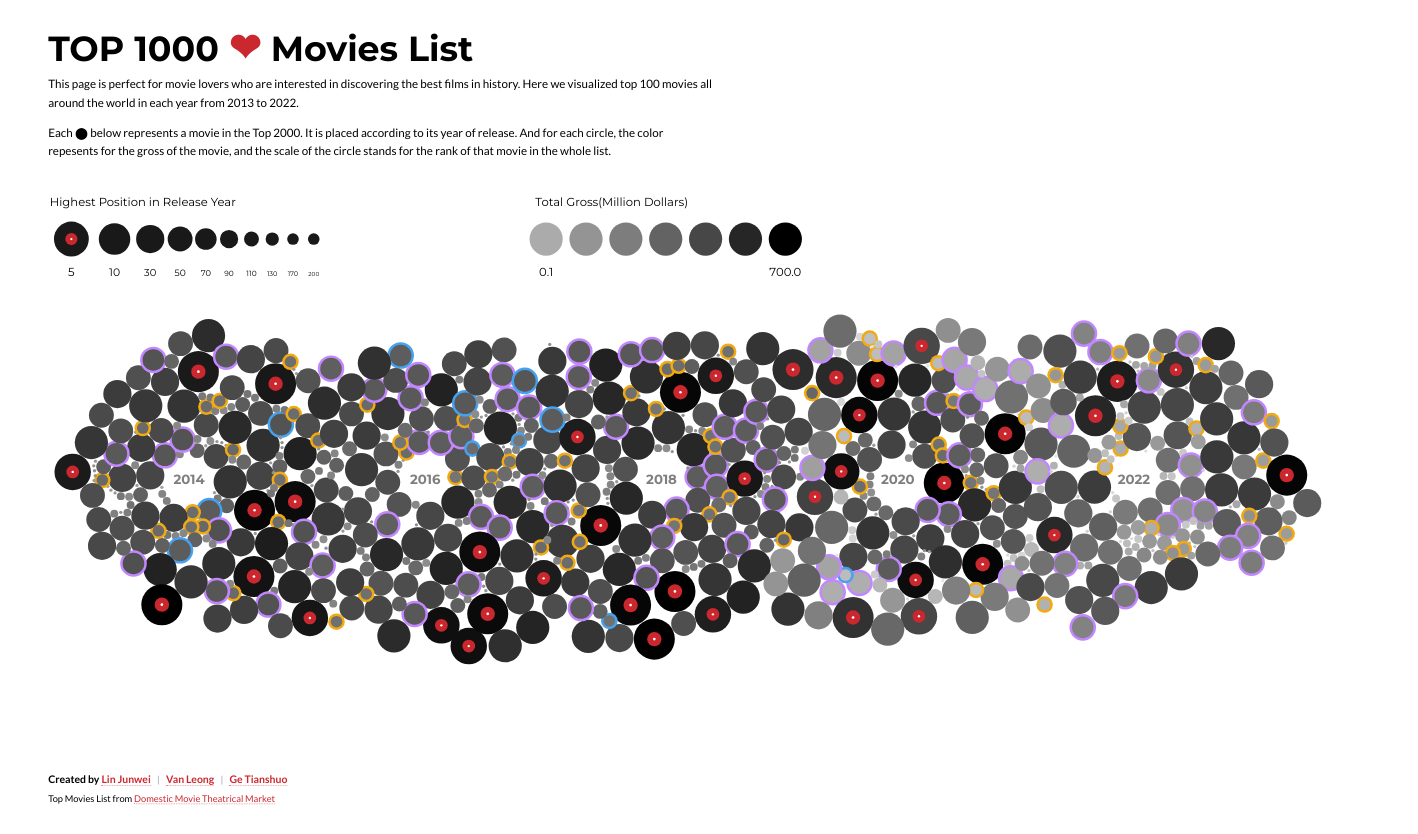
Repository: Limjohns/data_visualization
Page: index.html
An editor plug-in stored every save of this project. The page is shown before and after the next save, followed by the edit.
The browser window is 1280 px wide. The page is 1708 px wide, so the pictures cover 1708 px, including what lies to the right of the window. The pictures show the whole page, at 83% of full size.

Above is the page before, as saved 2023-05-20 16:49:35.

After the next save:
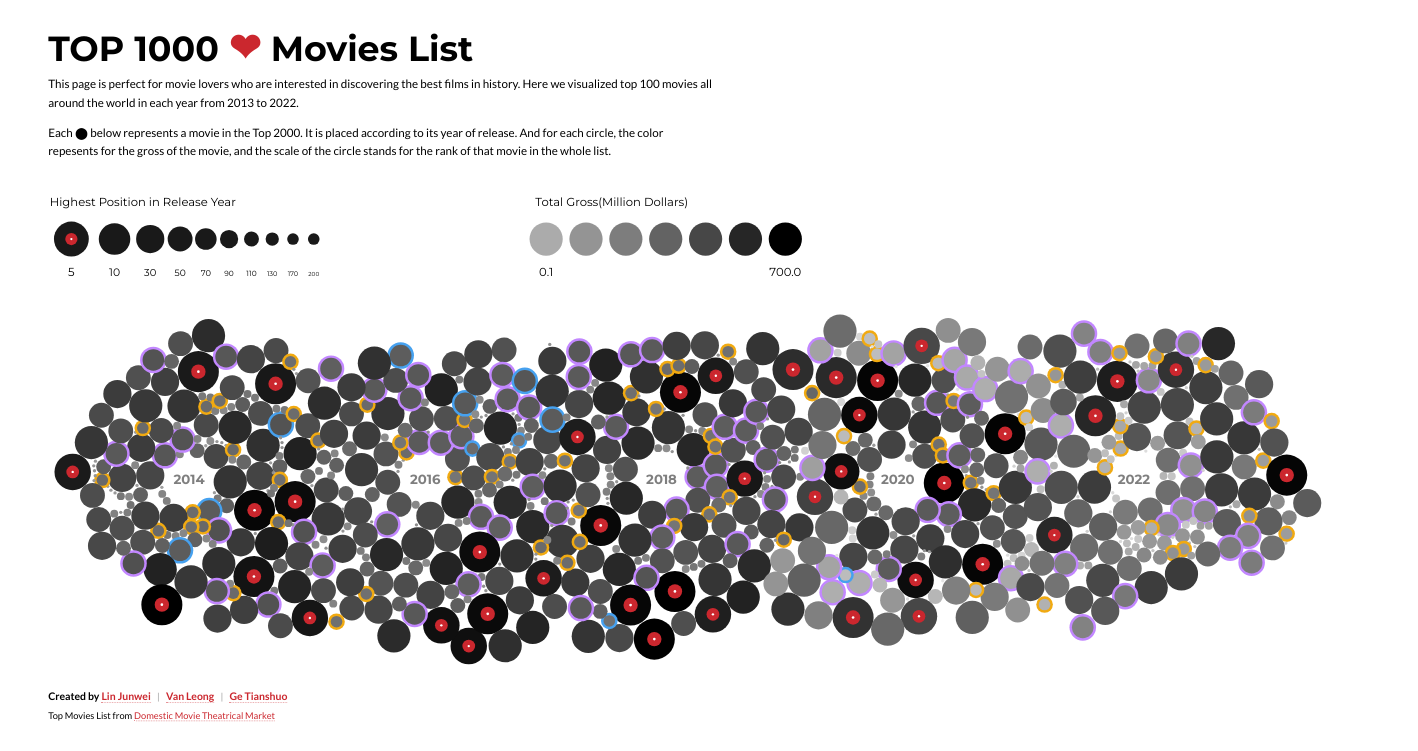
Saved 34 s later.
--- a/js/main.js
+++ b/js/main.js
@@ -18,7 +18,7 @@
 	};
 	var widthOriginal = 2150 - 100 - 200;
 	var width = 1700 - margin.left - margin.right;
-	var height = 720 - margin.top - margin.bottom;
+	var height = 620 - margin.top - margin.bottom;   ///
 
 	//SVG container
 	var svg = d3.select('#chart')
@@ -98,7 +98,7 @@
 
 		svg.append("g")
 	      .attr("class", "axis axis--x")
-	      .attr("transform", "translate(0," + (height/2 - 50) + ")")
+	      .attr("transform", "translate(0," + (height/2) + ")")  ///
 	      .call(d3.axisBottom(yearScale).ticks(5, ".0f"));    // 改这里可以修改年份显示个数
 
 		svg.selectAll(".axis text")

After the save that followed:
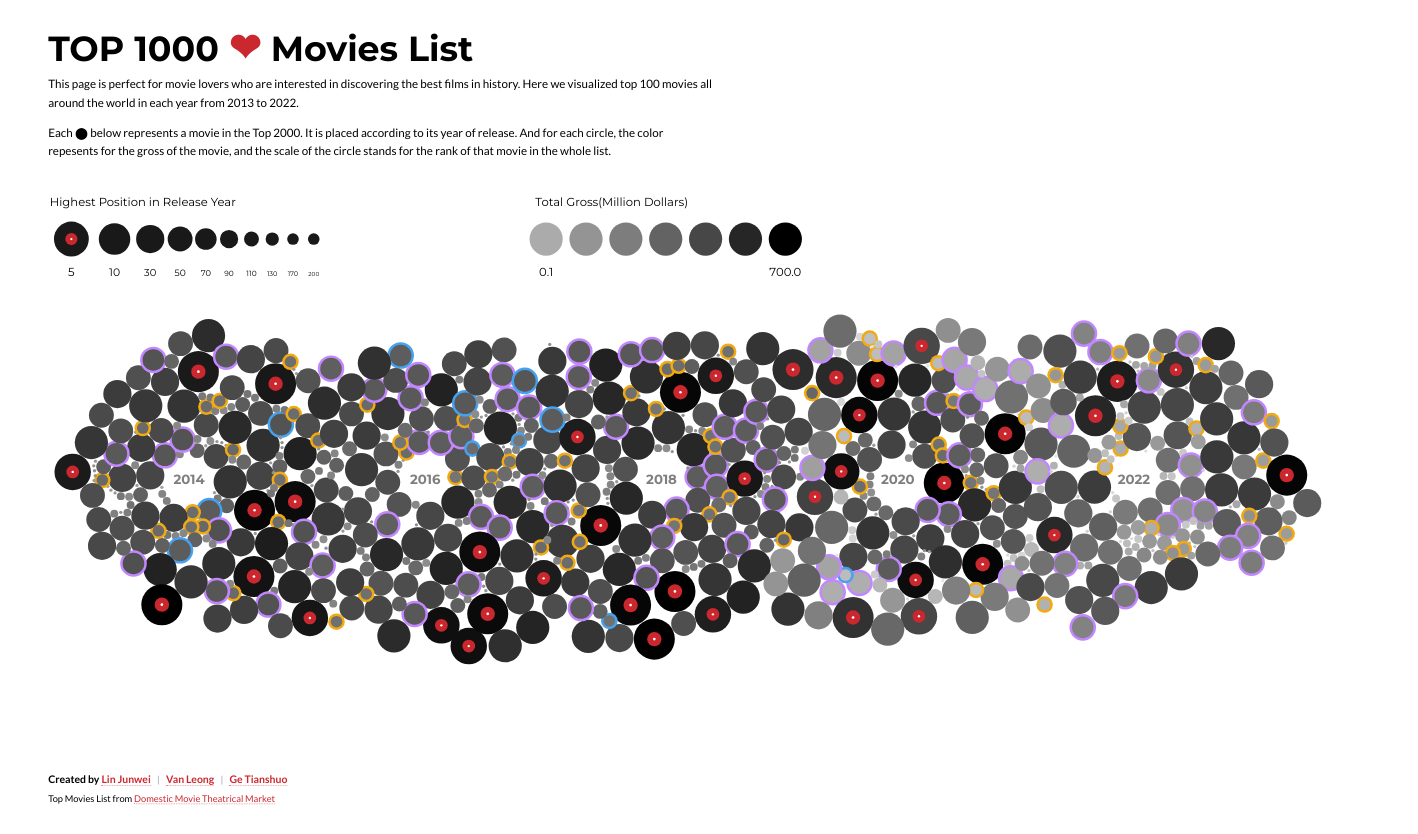
Saved 86 s later.
--- a/js/main.js
+++ b/js/main.js
@@ -18,7 +18,7 @@
 	};
 	var widthOriginal = 2150 - 100 - 200;
 	var width = 1700 - margin.left - margin.right;
-	var height = 620 - margin.top - margin.bottom;   ///
+	var height = 720 - margin.top - margin.bottom;   ///
 
 	//SVG container
 	var svg = d3.select('#chart')
@@ -98,7 +98,7 @@
 
 		svg.append("g")
 	      .attr("class", "axis axis--x")
-	      .attr("transform", "translate(0," + (height/2) + ")")  ///
+	      .attr("transform", "translate(0," + (height/2 - 50) + ")")  ///
 	      .call(d3.axisBottom(yearScale).ticks(5, ".0f"));    // 改这里可以修改年份显示个数
 
 		svg.selectAll(".axis text")
